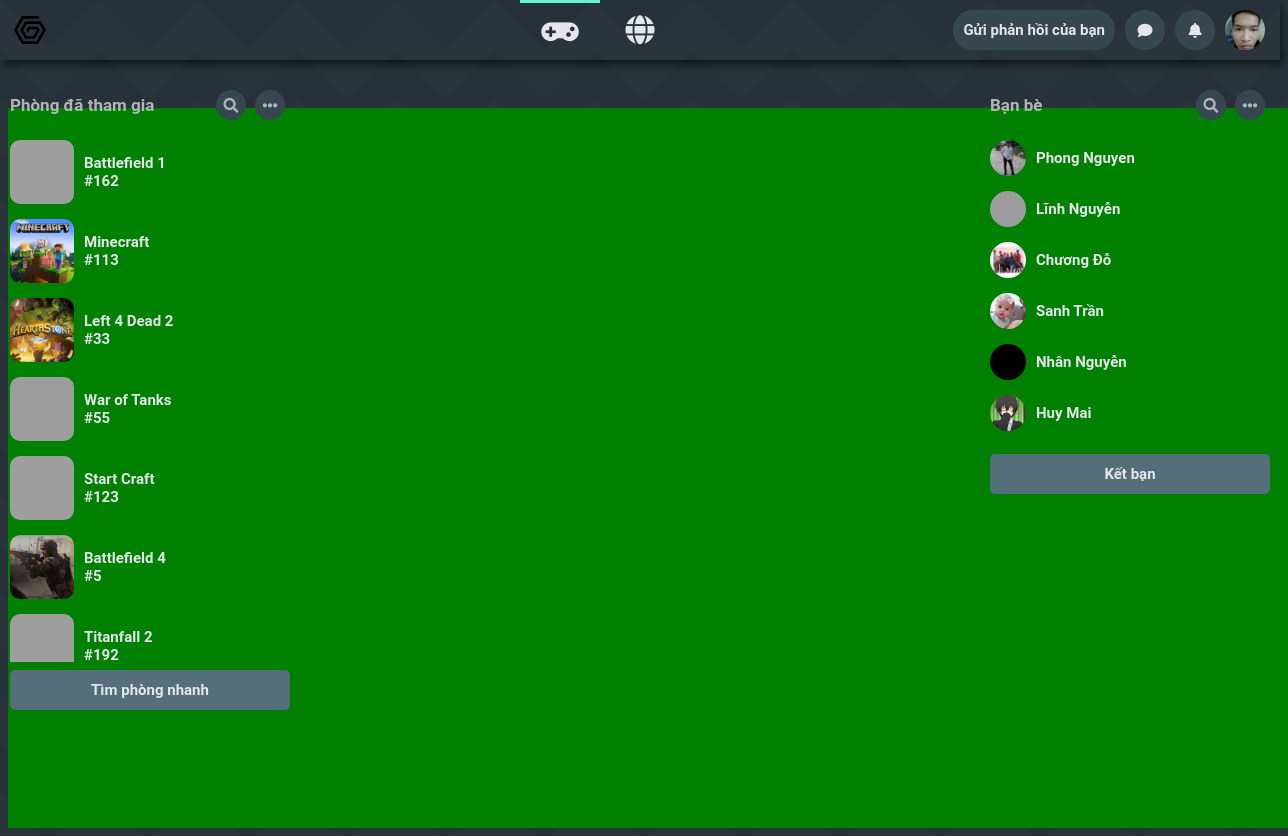
Repository: GammingCommnunity/docs
Page: web-layout/v3/html/index.html
The author's editor kept a copy of each file at every save. The page is drawn from the files as they stood at one save, then again after the next save.
The browser window is 1280 px wide. The page is 1288 px wide, so the pictures cover 1288 px, including what lies to the right of the window. The pictures show the whole page.
Pictures or frames that could not be fetched are drawn as grey boxes.

Above is the page before, as saved 2020-03-13 19:03:06.

### web-layout/v3/html/index.html
<!DOCTYPE html>
<html lang="vi">

<head>
	<meta charset="UTF-8">
	<meta name="viewport" content="width=device-width, initial-scale=1.0">
	<!-- afvicon -->
	<link rel="icon" type='image/x-icon' href='favicon.ico' />
	<!-- title -->
	<title>Gaming Community</title>
	<!-- fontawesome -->
	<link href="fontawesome-free-5.12.1-web/css/all.css" rel="stylesheet">
</head>

<body>
	<!-- sweetalert -->
	<script src="js/sweetalert2.js"></script>

	<!-- root styles -->
	<style>
		:root {
			/* background color */
			--bg10: #06141A;
			--bg9: #263238;
			--bg8: #37474F;
			--bg7: #455A64;
			--bg6: #546E7A;
			--bg5: #607D8B;
			--bg4: #78909C;
			--bg3: #90A4AE;
			--bg2: #B0BEC5;
			--bg1: #CFD8DC;
			/* text color */
			--primary-text: #e4e6eb;
			--secondary-text: #B2B4B9;
			/* shadow */
			--shd: 3px 5px 8px rgba(0, 0, 0, .55);
			--shd-inset: inset 3px 5px 8px rgba(0, 0, 0, .85);
			--shd-lg: 9px 11px 18px rgba(0, 0, 0, .45);
			--shd-sm: 1px 3px 5px rgba(0, 0, 0, .8);
			--shd-highlight: 3px 5px 8px rgba(0, 0, 0, .45), inset 4px 6px 8px rgba(0, 0, 0, .9);
			/* text size */
			--text-size-sm: 12px;
			--text-size-lg: 17px;
			/* highlight */
			--highlight: #66f3d4;
			--border-highlight: 4px solid var(--highlight);
			/* border radius */
			--rounded-sm: 5px;
			--rounded: 10px;
			--rounded-lg: 25px;
			--rounded-circle: 999px;
		}
	</style>

	<!-- bootstrap styles -->
	<style>
		.m-0 {
			margin: 0 !important;
		}

		.mt-0,
		.my-0 {
			margin-top: 0 !important;
		}

		.mr-0,
		.mx-0 {
			margin-right: 0 !important;
		}

		.mb-0,
		.my-0 {
			margin-bottom: 0 !important;
		}

		.ml-0,
		.mx-0 {
			margin-left: 0 !important;
		}

		.m-1 {
			margin: 0.25rem !important;
		}

		.mt-1,
		.my-1 {
			margin-top: 0.25rem !important;
		}

		.mr-1,
		.mx-1 {
			margin-right: 0.25rem !important;
		}

		.mb-1,
		.my-1 {
			margin-bottom: 0.25rem !important;
		}

		.ml-1,
		.mx-1 {
			margin-left: 0.25rem !important;
		}

		.m-2 {
			margin: 0.5rem !important;
		}

		.mt-2,
		.my-2 {
			margin-top: 0.5rem !important;
		}

		.mr-2,
		.mx-2 {
			margin-right: 0.5rem !important;
		}

		.mb-2,
		.my-2 {
			margin-bottom: 0.5rem !important;
		}

		.ml-2,
		.mx-2 {
			margin-left: 0.5rem !important;
		}

		.m-3 {
			margin: 1rem !important;
		}

		.mt-3,
		.my-3 {
			margin-top: 1rem !important;
		}

		.mr-3,
		.mx-3 {
			margin-right: 1rem !important;
		}

		.mb-3,
		.my-3 {
			margin-bottom: 1rem !important;
		}

		.ml-3,
		.mx-3 {
			margin-left: 1rem !important;
		}

		.m-4 {
			margin: 1.5rem !important;
		}

		.mt-4,
		.my-4 {
			margin-top: 1.5rem !important;
		}

		.mr-4,
		.mx-4 {
			margin-right: 1.5rem !important;
		}

		.mb-4,
		.my-4 {
			margin-bottom: 1.5rem !important;
		}

		.ml-4,
		.mx-4 {
			margin-left: 1.5rem !important;
		}

		.m-5 {
			margin: 3rem !important;
		}

		.mt-5,
		.my-5 {
			margin-top: 3rem !important;
		}

		.mr-5,
		.mx-5 {
			margin-right: 3rem !important;
		}

		.mb-5,
		.my-5 {
			margin-bottom: 3rem !important;
		}

		.ml-5,
		.mx-5 {
			margin-left: 3rem !important;
		}

		.p-0 {
			padding: 0 !important;
		}

		.pt-0,
		.py-0 {
			padding-top: 0 !important;
		}

		.pr-0,
		.px-0 {
			padding-right: 0 !important;
		}

		.pb-0,
		.py-0 {
			padding-bottom: 0 !important;
		}

		.pl-0,
		.px-0 {
			padding-left: 0 !important;
		}

		.p-1 {
			padding: 0.25rem !important;
		}

		.pt-1,
		.py-1 {
			padding-top: 0.25rem !important;
		}

		.pr-1,
		.px-1 {
			padding-right: 0.25rem !important;
		}

		.pb-1,
		.py-1 {
			padding-bottom: 0.25rem !important;
		}

		.pl-1,
		.px-1 {
			padding-left: 0.25rem !important;
		}

		.p-2 {
			padding: 0.5rem !important;
		}

		.pt-2,
		.py-2 {
			padding-top: 0.5rem !important;
		}

		.pr-2,
		.px-2 {
			padding-right: 0.5rem !important;
		}

		.pb-2,
		.py-2 {
			padding-bottom: 0.5rem !important;
		}

		.pl-2,
		.px-2 {
			padding-left: 0.5rem !important;
		}

		.p-3 {
			padding: 1rem !important;
		}

		.pt-3,
		.py-3 {
			padding-top: 1rem !important;
		}

		.pr-3,
		.px-3 {
			padding-right: 1rem !important;
		}

		.pb-3,
		.py-3 {
			padding-bottom: 1rem !important;
		}

		.pl-3,
		.px-3 {
			padding-left: 1rem !important;
		}

		.p-4 {
			padding: 1.5rem !important;
		}

		.pt-4,
		.py-4 {
			padding-top: 1.5rem !important;
		}

		.pr-4,
		.px-4 {
			padding-right: 1.5rem !important;
		}

		.pb-4,
		.py-4 {
			padding-bottom: 1.5rem !important;
		}

		.pl-4,
		.px-4 {
			padding-left: 1.5rem !important;
		}

		.p-5 {
			padding: 3rem !important;
		}

		.pt-5,
		.py-5 {
			padding-top: 3rem !important;
		}

		.pr-5,
		.px-5 {
			padding-right: 3rem !important;
		}

		.pb-5,
		.py-5 {
			padding-bottom: 3rem !important;
		}

		.pl-5,
		.px-5 {
			padding-left: 3rem !important;
		}
	</style>

	<!-- gc styles -->
	<style>
		body {
			font-family: Roboto, Arial, sans-serif;
			box-sizing: border-box;
			font-size: 15px;
			color: var(--primary-text);
		}

		body * {
			box-sizing: inherit;
			font-size: inherit;
			color: inherit;
			margin: 0;
			padding: 0;
		}

		::-webkit-scrollbar {
			width: 7px;
			height: 7px;
			background-color: var(--bg8);
			border-radius: 7px;
		}

		::-webkit-scrollbar-thumb {
			background-color: var(--bg6);
			border-radius: 7px;
		}

		textarea::placeholder,
		input::placeholder {
			color: var(--secondary-text);
		}

		a {
			transition: all .4s ease;
		}

		a:hover {
			color: var(--highlight);
			text-decoration: underline var(--bg4);
		}

		hr {
			border-top: 1px solid var(--bg8);
			width: 100%;
		}




		.img {
			display: block;
			background-size: cover;
			background-repeat: no-repeat;
			background-position: center;
		}

		.nowrap {
			white-space: nowrap;
		}

		.wrap {
			white-space: pre-line;
			word-break: break-word;
		}

		/* padding hover */
		.p-hover {
			transition: all .2s ease;
		}

		.p-hover:hover {
			padding: 10px;
			background-color: var(--bg8);
		}

		/* btn */
		.btn {
			width: 40px;
			min-width: 40px;
			height: 40px;
			min-height: 40px;

			display: flex;
			justify-content: center;
			align-items: center;

			background-color: var(--bg8);
			cursor: pointer;
			font-weight: bold;
			border-radius: var(--rounded-sm);

			margin-left: 5px;
			margin-right: 5px;

			transition: all .2s ease;
		}

		.btn-w {
			width: unset;
			min-width: unset;
		}

		.btn-sm {
			width: 30px;
			min-width: 30px;
			height: 30px;
			min-height: 30px;
		}

		.btn:hover {
			background-color: var(--bg7);
		}

		.btn-light {
			background-color: var(--bg6) !important;
		}

		.btn-light:hover {
			background-color: var(--bg5) !important;
		}

		/* rows */
		.row {
			display: flex;
			align-items: center;
		}

		/* border radius */
		.rounded-sm {
			border-radius: var(--rounded-sm);
		}

		.rounded {
			border-radius: var(--rounded);
		}

		.rounded-lg {
			border-radius: var(--rounded-lg);
		}

		.rounded-circle {
			border-radius: var(--rounded-circle);
		}
	</style>

	<!-- main styles -->
	<style>
		body {
			position: relative;

			background-color: var(--bg9);
			background-image: url("data:[embedded picture, 255 characters]");
			padding-top: 100px;
		}

		/* header */
		header {
			position: fixed;
			z-index: 6;
			top: 0;
			left: 0;

			width: 100vw;
			height: 60px;

			display: flex;
			justify-content: space-between;
			align-items: center;

			padding-left: 10px;
			padding-right: 10px;

			background-color: var(--bg9);
			background-image: url("data:[embedded picture, 255 characters]");
			box-shadow: var(--shd);
		}

		header:last-child {
			margin-right: 0;
		}

		header .navs {
			position: absolute;
			z-index: 8;
			top: 0;
			left: calc(50% - 120px);

			height: 100%;

			display: flex;
		}

		header .navs-item {
			width: 80px;
			height: 100%;

			display: flex;
			justify-content: center;
			align-items: center;

			transition: all .2s ease;
		}

		header .navs-item:hover {
			background-color: var(--bg6);
		}

		header .navs-item.active {
			border-top: 3px solid var(--highlight);
		}

		/* sidebar */
		nav {
			position: fixed;
			z-index: 3;
			top: 0;

			width: 300px;
			height: 100vh;

			display: flex;
			flex-direction: column;

			padding: 90px 10px 10px 10px;
		}

		nav .head {
			display: flex;
			align-items: center;

			color: var(--secondary-text);

			margin-bottom: 20px;
		}

		nav .head label {
			flex-grow: 1;
			overflow: hidden;

			margin-right: 10px;

			font-weight: bold;
			font-size: var(--text-size-lg);
			white-space: nowrap;
		}

		nav .body {
			display: flex;
			flex-direction: column;
			align-items: center;

			overflow: auto;

			padding-right: 30px;
		}

		/* article */
		article{
			width: 100vw;
			height: 100vh;

			background-color: green;

			padding: 60px 310px 10px 310px;
		}
	</style>

	<!-- fragments main styles -->
	<style>
		.btn.feedback-btn {
			width: unset;

			padding: 0 10px;
		}

		/* joined rooms */
		nav.joined-rooms {
			left: 0;
		}

		.joined-rooms-item {
			display: flex;

			width: 100%;

			margin-bottom: 15px;

			border-radius: var(--rounded);
			cursor: pointer;
			font-weight: bold;
		}

		.joined-rooms-item .img {
			width: 64px;
			height: 64px;

			border-radius: var(--rounded);
		}

		.joined-rooms-item .info {
			flex-grow: 1;
			display: flex;
			flex-direction: column;
			align-items: flex-start;
			justify-content: center;

			overflow: hidden;

			height: 64px;

			padding-left: 10px;
		}

		.joined-rooms-item .info * {
			overflow: inherit;
			white-space: inherit;
		}

		/* friends */
		nav.friends {
			left: calc(100vw - 300px);
		}

		/* friends-item */
		.friends-item {
			display: flex;
			align-items: center;

			width: 100%;

			margin-bottom: 15px;

			border-radius: 10px;
			cursor: pointer;
			font-weight: bold;
		}

		.friends-item .img {
			width: 36px;
			height: 36px;

			border-radius: 36px;
		}

		.friends-item .name {
			padding-left: 10px;
			overflow: hidden;
			white-space: nowrap;
		}
	</style>

	<header>
		<svg width="40px" height="40px" viewBox="0 0 100 100" version="1.1" xmlns="http://www.w3.org/2000/svg"
			xmlns:xlink="http://www.w3.org/1999/xlink" xml:space="preserve" xmlns:serif="http://www.serif.com/"
			style="fill-rule:evenodd;clip-rule:evenodd;stroke-linejoin:round;stroke-miterlimit:2;">
			<g transform="matrix(-6.60965e-17,1,1,6.61098e-17,5.9952e-15,-1.42109e-14)">
				<path
					d="M21.667,73.809L21.667,33.867L49.997,17.679L78.334,33.867L78.334,66.13L49.997,82.321L35,73.75L35,41.604L49.997,33.034L65,41.604L65,58.392L49.997,66.963L48.334,66.013L48.334,49.343L56.716,44.551L49.997,40.713L41.667,45.476L41.667,69.88L49.997,74.642L71.667,62.259L71.667,37.737L49.997,25.358L28.334,37.737L28.334,77.617L49.997,90L85,70L85,30L49.997,10L15,30L15,70L21.667,73.809Z"
					style="fill-rule:nonzero;"></path>
			</g>
		</svg>
		<div class="navs">
			<div class="navs-item active" data-toggle="tooltip" data-placement="bottom" title="Trò chơi">
				<i class="fas fa-gamepad fa-2x"></i>
			</div>
			<div class="navs-item" data-toggle="tooltip" data-placement="bottom" title="Mạng xã hội">
				<i class="fas fa-globe fa-2x"></i>
			</div>
		</div>
		<div class="row">
			<div class="btn feedback-btn rounded-circle">Gửi phản hồi của bạn</div>
			<i class="fas fa-comment btn rounded-circle"></i>
			<i class="fas fa-bell btn rounded-circle"></i>
			<div class="avatar btn img rounded-circle" style="background-image: url(img/avatar.jpg)"></div>
		</div>
	</header>


	<!-- joined room -->
	<nav class="joined-rooms">
		<div class="head">
			<label>Phòng đã tham gia</label>
			<div class="row">
				<i class="fas fa-search mr-1 btn btn-sm rounded-circle"></i><i
					class="fas fa-ellipsis-h btn btn-sm rounded-circle"></i>
			</div>
		</div>

		<div class="body">

			<div class="joined-rooms-item p-hover">
				<div class="img" style="background-image: url(img/14.jpg)"></div>
				<div class="info">
					<p>Battlefield 1</p>
					<p>#162</p>
				</div>
			</div>

			<div class="joined-rooms-item p-hover">
				<div class="img" style="background-image: url(img/10.jpg)"></div>
				<div class="info">
					<p>Minecraft</p>
					<p>#113</p>
				</div>
			</div>

			<div class="joined-rooms-item p-hover">
				<div class="img" style="background-image: url(img/9.jpg)"></div>
				<div class="info">
					<p>Left 4 Dead 2</p>
					<p>#33</p>
				</div>
			</div>

			<div class="joined-rooms-item p-hover">
				<div class="img" style="background-image: url(img/13.jpg)"></div>
				<div class="info">
					<p>War of Tanks</p>
					<p>#55</p>
				</div>
			</div>

			<div class="joined-rooms-item p-hover">
				<div class="img" style="background-image: url(img/12.jpg)"></div>
				<div class="info">
					<p>Start Craft</p>
					<p>#123</p>
				</div>
			</div>

			<div class="joined-rooms-item p-hover">
				<div class="img" style="background-image: url(img/16.jpg)"></div>
				<div class="info">
					<p>Battlefield 4</p>
					<p>#5</p>
				</div>
			</div>

			<div class="joined-rooms-item p-hover">
				<div class="img" style="background-image: url(img/11.jpg)"></div>
				<div class="info">
					<p>Titanfall 2</p>
					<p>#192</p>
				</div>
			</div>


		</div>

		<div class="btn btn-light btn-w m-0 mt-2">Tìm phòng nhanh</div>
	</nav>

	<!-- friends -->
	<nav class="friends">
		<div class="head">
			<label>Bạn bè</label>
			<div class="row">
				<i class="fas fa-search mr-1 btn btn-sm rounded-circle"></i><i
					class="fas fa-ellipsis-h btn btn-sm rounded-circle"></i>
			</div>
		</div>
		<div class="body">

			<div class="friends-item p-hover">
				<div class="img" style="background-image: url(img/100.jpg)"></div>
				<p class="name">Phong Nguyen</p>
			</div>

			<div class="friends-item p-hover">
				<div class="img" style="background-image: url(img/101.jpg)"></div>
				<p class="name">Lĩnh Nguyễn</p>
			</div>

			<div class="friends-item p-hover">
				<div class="img" style="background-image: url(img/102.jpg)"></div>
				<p class="name">Chương Đỗ</p>
			</div>

			<div class="friends-item p-hover">
				<div class="img" style="background-image: url(img/103.jpg)"></div>
				<p class="name">Sanh Trần</p>
			</div>

			<div class="friends-item p-hover">
				<div class="img" style="background-image: url(img/104.jpg)"></div>
				<p class="name">Nhân Nguyễn</p>
			</div>

			<div class="friends-item p-hover">
				<div class="img" style="background-image: url(img/105.jpg)"></div>
				<p class="name">Huy Mai</p>
			</div>


		</div>

		<div class="btn btn-light btn-w m-0 mt-2">Kết bạn</div>
	</nav>

	<article>

	</article>

</body>

</html>

Loaded but not shown: web-layout/v3/html/fontawesome-free-5.12.1-web/css/all.css (library); web-layout/v3/html/js/sweetalert2.js (library)

After the next save:
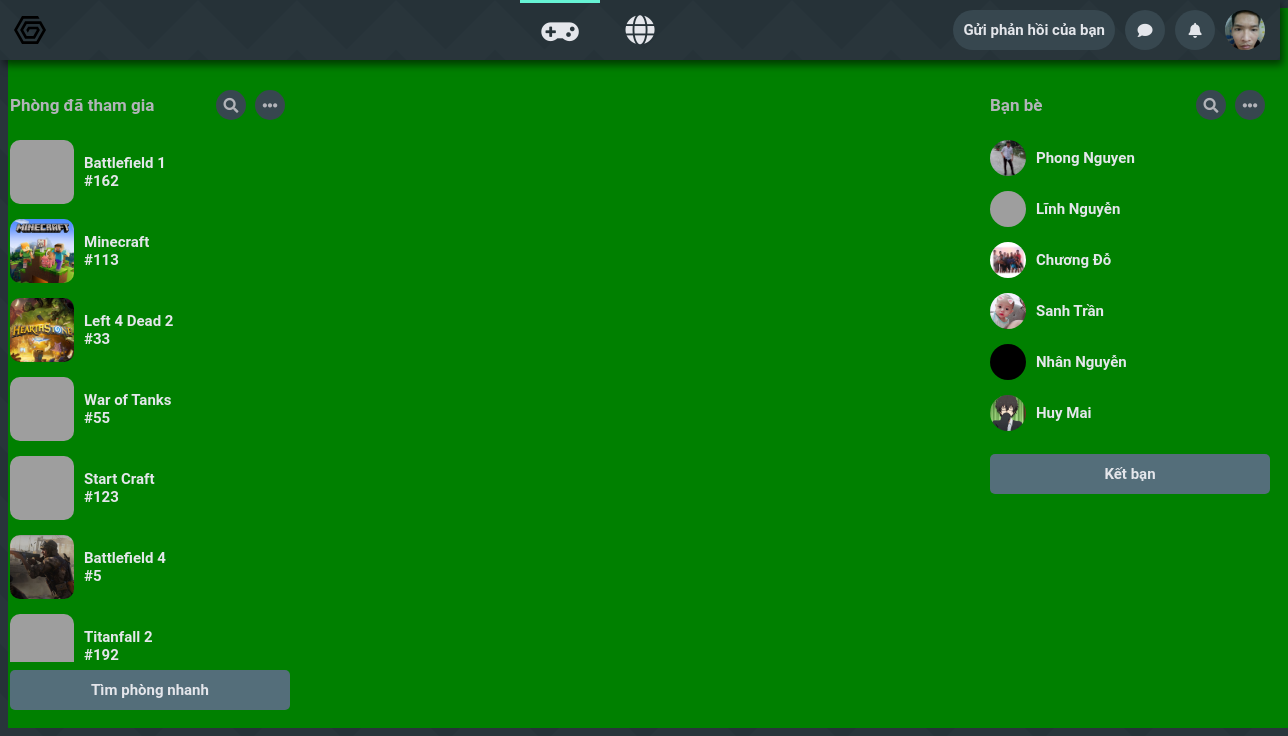
Saved 64 s later.
--- a/web-layout/v3/html/index.html
+++ b/web-layout/v3/html/index.html
@@ -498,7 +498,6 @@
 
 			background-color: var(--bg9);
 			background-image: url("data:[embedded picture, 255 characters]");
-			padding-top: 100px;
 		}
 
 		/* header */
